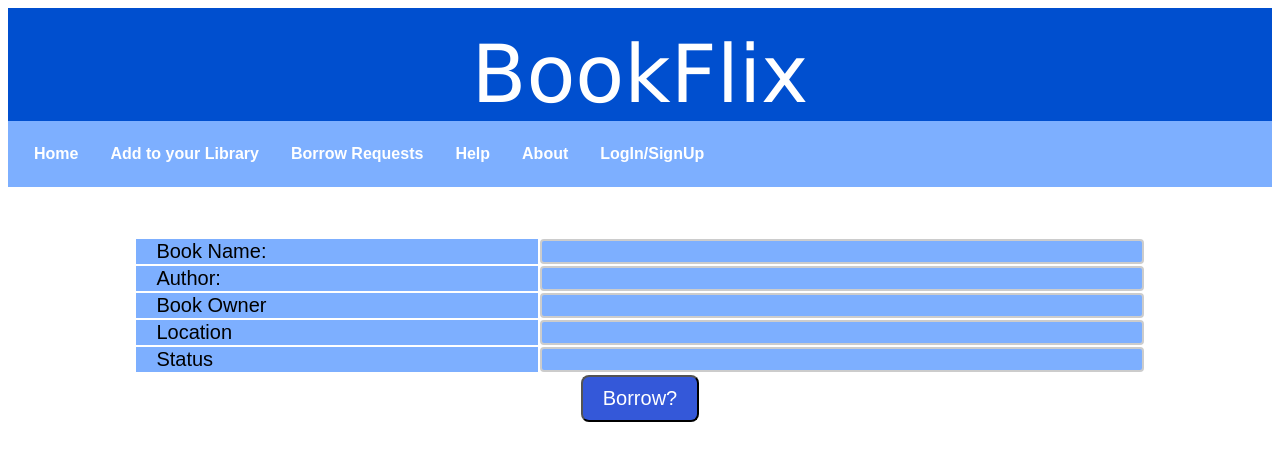
Repository: dan-10/Deloitte
Page: http://localhost/BookFlix/WEB-INF/views/status.jsp
An editor plug-in stored every save of this project. The page is shown before and after the next save, followed by the edit.
The browser window is 1280 px wide. The pictures show the whole page.
The page is served by Tomcat 9. Nobody is signed in. Other server files are loaded and not shown. The template is opened directly, without the code that normally fills it, so the values that code supplies are empty.

Above is the page before, as saved 2019-08-09 04:50:45.

### DeloitteTrainig/Final Project BookFlix/BookFlix/src/main/webapp/WEB-INF/views/status.jsp

<%@ page language="java" contentType="text/html; charset=ISO-8859-1"
    pageEncoding="ISO-8859-1"%>
<%@ taglib uri="http://www.springframework.org/tags/form" prefix="f" %>
<%@ taglib uri="http://java.sun.com/jsp/jstl/core" prefix="c" %>

<!DOCTYPE html>
<html>
	<head>
		<meta charset="ISO-8859-1">
		<title>BookFlix</title>
		<style type="text/css"><%@include file="/WEB-INF/views/styles/homeStyles.css" %></style>
		<style>

	.AddBookForm {
	grid-area: AddBookForm;
	font-family: Arial;
	font-size: 20px;
	font-weight: lighter;
	padding-top: 50px;
	text-align: center;
	}

	.butn {
  -webkit-border-radius: 8;
  -moz-border-radius: 8;
  border-radius: 8px;
  font-family: Arial;
  color: #ffffff;
  font-size: 20px;
  background: #3458d9;
  padding: 10px 20px 10px 20px;
  text-decoration: none;
}

.butn:hover {
  background: #6672de;
  text-decoration: none;
}

.td1{
	background-color: #7dafff;
	width: 20%;
	padding-left:20px;
}

.td {
  color: white;
  width: 30%;
  box-sizing: border-box;
  border: 2px solid #ccc;
  border-radius: 4px;
  font-size: 16px;
  background-color: #7dafff;
  padding-bottom: 10px;
  padding-top:10px;
  padding-left:12px;

}
		</style>
	</head>

	<body>
		<div class="grid-container">
		  <div class="Header">
		  	<div class="heading">
		  		<center>BookFlix</center>
		  	</div>
		  </div>
		  <div class="Navigation">
			<div class="navbar">
				<a href="/home">Home</a>
				<a href="/addBook">Add to your Library</a>
				<a href="/borrow">Borrow Requests</a>
				<a href="/help">Help</a>
				<a href="/about">About</a>
				<a href="/validate">LogIn/SignUp</a>
				<c:if test="${!empty userName}">
					<div class="dropdown">
						<button class="dropbtn">${userName}
							<i class="fa fa-caret-down"></i>
						</button>
						<div class="dropdown-content">
							<a href="/myBooks">My Library</a>
							<a href="/logout">LogOut</a>
						</div>
					</div>
				</c:if>
			</div>
		  </div>
		  </div>

		 <!-- Book and user details area  -->
		 <div class="AddBookForm">
				<center>

					<f:form>
						<table width="80%">
							<tr>
								<td class = "td1">Book Name:</td>
								<td class = "td">${bookname}</td>
							</tr>

							<tr>
								<td class = "td1">Author:</td>
								<td class = "td">${author}</td>
							</tr>
							<tr>
								<td class = "td1">Book Owner</td>
								<td class = "td">${owner}</td>
							</tr>
							<tr>
								<td class = "td1">Location</td>
								<td class = "td">${location}</td>
							</tr>
							<tr>
								<td class = "td1">Status</td>
								<td class = "td">${status}</td>
							</tr>
							<tr>
								<td colspan="2" align="center"><button type ="submit" value = "Add Book" class="butn">Borrow?</button></td>
							</tr>
						</table>
					</f:form>
				</center>
			</div>
	</body>
</html>

### DeloitteTrainig/Final Project BookFlix/BookFlix/src/main/webapp/WEB-INF/views/styles/homeStyles.css
.grid-container {
	grid-template-rows: repeat(auto-fill, minmax(100px, 1fr));
	display: grid;
	grid-template-columns: 1fr 1fr 1fr 1fr 1fr 1fr 1fr 1fr 1fr 1fr 1fr 1fr;
	grid-template-areas: "Header Header Header Header Header Header Header Header Header Header Header Header" "Header Header Header Header Header Header Header Header Header Header Header Header" "Navigation Navigation Navigation Navigation Navigation Navigation Navigation Navigation Navigation Navigation Navigation Navigation" ". SearchPanel SearchPanel SearchPanel SearchPanel SearchPanel SearchPanel SearchPanel SearchPanel SearchPanel SearchPanel ." ". SearchResults SearchResults SearchResults SearchResults SearchResults SearchResults SearchResults SearchResults SearchResults SearchResults ." ". SearchResults SearchResults SearchResults SearchResults SearchResults SearchResults SearchResults SearchResults SearchResults SearchResults ." ". SearchResults SearchResults SearchResults SearchResults SearchResults SearchResults SearchResults SearchResults SearchResults SearchResults ." ". SearchResults SearchResults SearchResults SearchResults SearchResults SearchResults SearchResults SearchResults SearchResults SearchResults ." ". . . . . . . . . . . ." ". . . . . . . . . . . ." ". . . . . . . . . . . .";
}

.Header {
	grid-area: Header;
	background-color: #004fcf;
	font-family: Arial;
	color: #ffffff;
}

.Navigation {
	grid-area: Navigation;
	background-color: #7dafff;
	font-family: Arial;
	color: #ffffff;
	font-size: large;
	padding-top: 10px;
	padding-left: 10px;
	padding-right: 10px;
	padding-bottom: 10px;
}

.SearchPanel {
	grid-area: SearchPanel;
	font-family: Arial;
	font-size: 20px;
	padding-top: 20px;
}

.SearchResults {
	grid-area: SearchResults;
	font-family: Arial;
	font-size: 18px;
	font-weight: lighter;
}

.butn {
  -webkit-border-radius: 8;
  -moz-border-radius: 8;
  border-radius: 8px;
  font-family: Arial;
  color: #ffffff;
  font-size: 20px;
  background: #3458d9;
  padding: 10px 20px 10px 20px;
  text-decoration: none;
}

.butn:hover {
  background: #6672de;
  text-decoration: none;
}

input[type=text] {
  width: 50%;
  box-sizing: border-box;
  border: 2px solid #ccc;
  border-radius: 4px;
  font-size: 16px;
  background-color: white;
  padding: 12px 20px 12px 40px;
}

input[type=text]:focus {
  width: 100%;
  box-sizing: border-box;
  border: 2px solid #ccc;
  border-radius: 4px;
  font-size: 16px;
  background-color: white;
  padding: 12px 20px 12px 40px;
}

.heading{
	font-family: Verdana;
	font-size: 80px;
	font-weight: lighter;
	padding-top: 20px;
}

.b1{
	font-family: Verdana;
	font-size: 40px;
	font-weight: lighter;
	padding-top: 50px;
}

.b2{
	font-family: Verdana;
	font-size: 10px;
	font-weight: lighter;
	padding-top: 20px;
}

body {
  font-family: Arial, Helvetica, sans-serif;
}

.navbar {
  overflow: hidden;
  background-color: #7dafff;
  font-weight: bold;
}

.navbar a {
  float: left;
  font-size: 16px;
  color: white;
  text-align: center;
  padding: 14px 16px;
  text-decoration: none;

}

.dropdown {
  float: left;
  overflow: hidden;
}

.dropdown .dropbtn {
  font-size: 16px;
  border: none;
  outline: none;
  color: white;
  padding: 14px 16px;
  background-color: inherit;
  font-family: inherit;
  margin: 0;
}

.navbar a:hover, .dropdown:hover .dropbtn {
  background-color: #3458d9;
}

.dropdown-content {
  display: none;
  position: absolute;
  background-color: #f9f9f9;
  min-width: 160px;
  box-shadow: 0px 8px 16px 0px rgba(0,0,0,0.2);
  z-index: 1;
}

.dropdown-content a {
  float: none;
  color: black;
  padding: 12px 16px;
  text-decoration: none;
  display: block;
  text-align: left;
}

.dropdown-content a:hover {
  background-color: #ddd;
}

.dropdown:hover .dropdown-content {
  display: block;
}

After the next save:
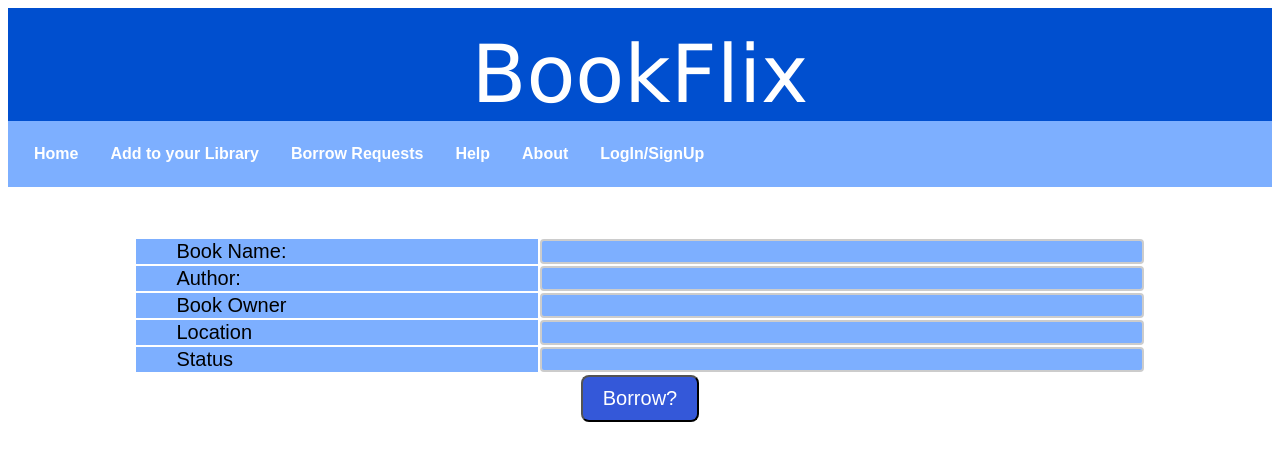
Saved 11 s later.
--- a/DeloitteTrainig/Final Project BookFlix/BookFlix/src/main/webapp/WEB-INF/views/status.jsp
+++ b/DeloitteTrainig/Final Project BookFlix/BookFlix/src/main/webapp/WEB-INF/views/status.jsp
@@ -41,7 +41,7 @@
 .td1{
 	background-color: #7dafff;
 	width: 20%;
-	padding-left:20px;
+	padding-left:40px;
 }
 
 .td {
